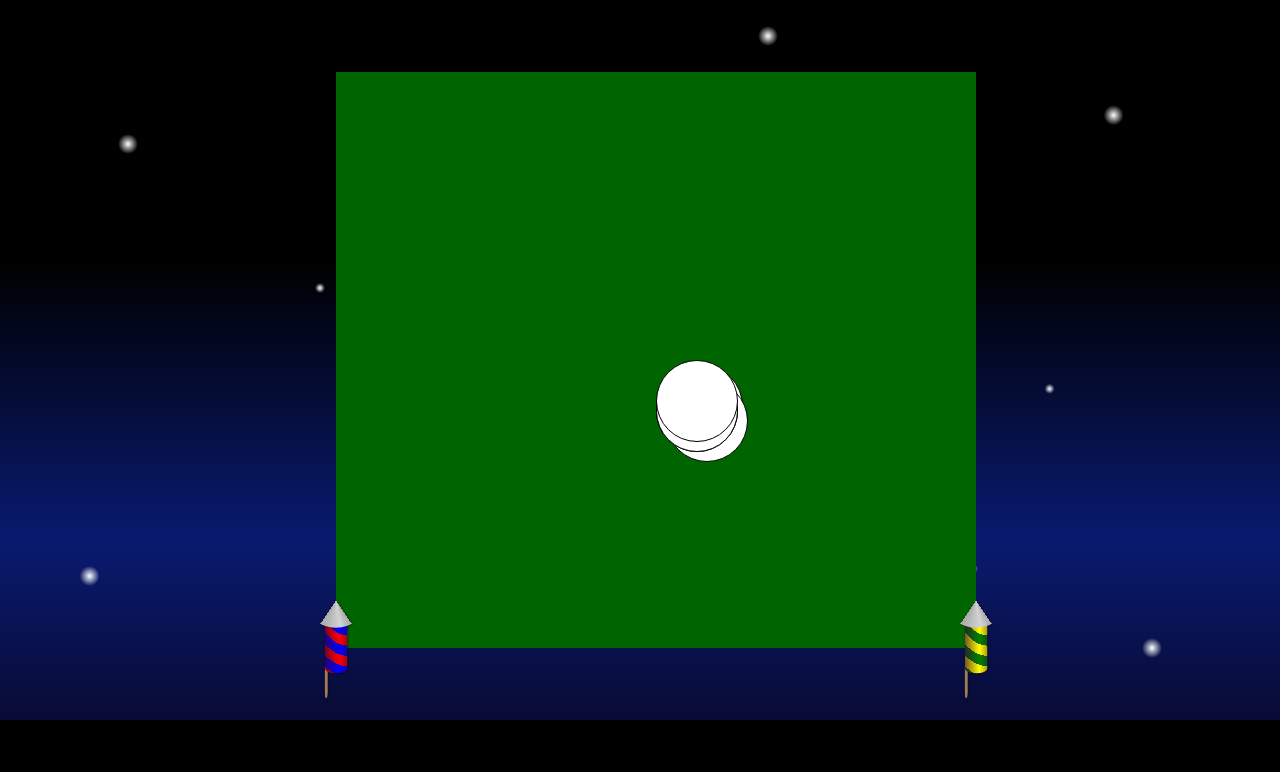
Repository: juliandecloe/CSS-To-The-Rescue---Julian-de-Cloe
Page: index.html
An editor plug-in stored every save of this project. The page is shown before and after the next save, followed by the edit.
The browser window is 1280 px wide. The pictures show the whole page.

Above is the page before, as saved 2022-03-10 17:17:53.

### index.html
<!DOCTYPE html>
<html lang="en">
	<head>
		<meta charset="UTF-8">
		<meta name="viewport" content="width=device-width, initial-scale=1.0">
		<title>The Anticlimax Fireworkshow!</title>
		<link rel="stylesheet" href="style.css">
	</head>
	<body>
		<input id="left" type="checkbox">
		<input id="middle" type="checkbox">
		<input id="right" type="checkbox">
		<main>
			<section>
				<label for="left">
					<figure></figure>
					<figure></figure>
					<figure></figure>
				</label>
				<ul>
					<li>
						<ul>
							<li></li>
							<li></li>
							<li></li>
							<li></li>
							<li></li>
						</ul>
					</li>
					<li>
						<ul>
							<li></li>
							<li></li>
							<li></li>
							<li></li>
							<li></li>
						</ul>
					</li>
					<li>
						<ul>
							<li></li>
							<li></li>
							<li></li>
							<li></li>
							<li></li>
						</ul>
					</li>
					<li>
						<ul>
							<li></li>
							<li></li>
							<li></li>
							<li></li>
							<li></li>
						</ul>
					</li>
					<li>
						<ul>
							<li></li>
							<li></li>
							<li></li>
							<li></li>
							<li></li>
						</ul>
					</li>
					<li>
						<ul>
							<li></li>
							<li></li>
							<li></li>
							<li></li>
							<li></li>
						</ul>
					</li>
					<li>
						<ul>
							<li></li>
							<li></li>
							<li></li>
							<li></li>
							<li></li>
						</ul>
					</li>
					<li>
						<ul>
							<li></li>
							<li></li>
							<li></li>
							<li></li>
							<li></li>
						</ul>
					</li>
					<li>
						<ul>
							<li></li>
							<li></li>
							<li></li>
							<li></li>
							<li></li>
						</ul>
					</li>
					<li>
						<ul>
							<li></li>
							<li></li>
							<li></li>
							<li></li>
							<li></li>
						</ul>
					</li>
					<li>
						<ul>
							<li></li>
							<li></li>
							<li></li>
							<li></li>
							<li></li>
						</ul>
					</li>
					<li>
						<ul>
							<li></li>
							<li></li>
							<li></li>
							<li></li>
							<li></li>
						</ul>
					</li>
				</ul>
			</section>
			<section>
				<label for="middle">
					<figure></figure>
					<figure></figure>
					<figure></figure>
				</label>
				<ul>
					<li>
						<ul>
							<li></li>
							<li></li>
							<li></li>
							<li></li>
							<li></li>
						</ul>
					</li>
					<li>
						<ul>
							<li></li>
							<li></li>
							<li></li>
							<li></li>
							<li></li>
						</ul>
					</li>
					<li>
						<ul>
							<li></li>
							<li></li>
							<li></li>
							<li></li>
							<li></li>
						</ul>
					</li>
					<li>
						<ul>
							<li></li>
							<li></li>
							<li></li>
							<li></li>
							<li></li>
						</ul>
					</li>
					<li>
						<ul>
							<li></li>
							<li></li>
							<li></li>
							<li></li>
							<li></li>
						</ul>
					</li>
					<li>
						<ul>
							<li></li>
							<li></li>
							<li></li>
							<li></li>
							<li></li>
						</ul>
					</li>
					<li>
						<ul>
							<li></li>
							<li></li>
							<li></li>
							<li></li>
							<li></li>
						</ul>
					</li>
					<li>
						<ul>
							<li></li>
							<li></li>
							<li></li>
							<li></li>
							<li></li>
						</ul>
					</li>
					<li>
						<ul>
							<li></li>
							<li></li>
							<li></li>
							<li></li>
							<li></li>
						</ul>
					</li>
					<li>
						<ul>
							<li></li>
							<li></li>
							<li></li>
							<li></li>
							<li></li>
						</ul>
					</li>
					<li>
						<ul>
							<li></li>
							<li></li>
							<li></li>
							<li></li>
							<li></li>
						</ul>
					</li>
					<li>
						<ul>
							<li></li>
							<li></li>
							<li></li>
							<li></li>
							<li></li>
						</ul>
					</li>
				</ul>
			</section>
			<section>
				<label for="right">
					<figure></figure>
					<figure></figure>
					<figure></figure>
				</label>
				<article>
					<ul>
						<li></li>
						<li></li>
						<li></li>
						<li></li>
						<li></li>
						<li></li>
						<li></li>
					</ul>
				</article>
			</section>
		</main>
	</body>
</html>

### style.css
/*========== GENERAL ==========*/

:root * {
	--hoekVar: calc(360deg / 12);
	--rotate: rotate(calc( var(--hoekVar) * var(--index) ));
	--hoekVar2: calc(360deg / 5);
	--rotate2: rotate(calc( var(--hoekVar2) * var(--index2) ));
	--hoekVar3: calc(360deg / 18);
	--rotate3: rotate(calc( var(--hoekVar3) * var(--index3) ));
	--star1: 5px;
	--star2: 3px;
}

@property --star1 {
	syntax: '<length>';
	inherits: false;
	initial-value: 0px;
}

@property --star2 {
	syntax: '<length>';
	inherits: false;
	initial-value: 0px;
}

* {
	padding: 0;
	margin: 0;
}

body, html {
	overflow: hidden;
}

html {
	background: linear-gradient(0deg, rgba(9,11,52,1) 0%, rgba(9,26,112,1) 25%, rgba(0,0,0,1) 64%, rgba(0,0,0,1) 100%);
}

@keyframes stars {
	0% {
		--star1: 5px;
	}
	100% {
		--star1: 10px;
	}
}

@keyframes stars2 {
	0% {
		--star2: 3px;
	}
	100% {
		--star2: 6px;
	}
}

body {
	background-position: center;
	background-image:
	radial-gradient(
		circle at
			10%
			20%,
		white,
		transparent var(--star1)
	),
	radial-gradient(
		circle at
			34%
			15%,
		white,
		transparent var(--star2)
	),
	radial-gradient(
		circle at
			50%
			60%,
		white,
		transparent var(--star2)
	),
	radial-gradient(
		circle at
			60%
			80%,
		white,
		transparent var(--star2)
	),
	radial-gradient(
		circle at
			25%
			40%,
		white,
		transparent var(--star2)
	),
	radial-gradient(
		circle at
			7%
			80%,
		white,
		transparent var(--star1)
	),
	radial-gradient(
		circle at
			87%
			16%,
		white,
		transparent var(--star1)
	),
	radial-gradient(
		circle at
			76%
			79%,
		white,
		transparent var(--star2)
	),
	radial-gradient(
		circle at
			90%
			90%,
		white,
		transparent var(--star1)
	),
	radial-gradient(
		circle at
			60%
			5%,
		white,
		transparent var(--star1)
	),
	radial-gradient(
		circle at
			72%
			32%,
		white,
		transparent var(--star2)
	),
	radial-gradient(
		circle at
			50%
			28%,
		white,
		transparent var(--star1)
	),
	radial-gradient(
		circle at
			37%
			80%,
		white,
		transparent var(--star1)
	),
	radial-gradient(
		circle at
			82%
			54%,
		white,
		transparent var(--star2)
	);
	animation:
	stars 1s linear alternate infinite,
	stars2 1.5s linear alternate infinite;
}

@media (prefers-reduced-motion) {
	body {
		animation-name: dissolve;
	}
}

main {
	display: flex;
	justify-content: center;
	align-items: end;
	width: 100vw;
	height: 100vh;
	padding-left: 1rem;
}

@media (max-width: 630px) {
	main {
		transform: scale(.5) translateY(50vh);
	}
}

section {
	display: grid;
	place-items: center;
	transition: 1s ease-out;
	width: 50vw;
}

@media (max-width: 630px) {
	section {
		width: 80vw;
	}
}

input {
	display: none;
}

/*========== FIRE ROCKET ==========*/

/*===== GENERAL =====*/

label {
	transform: scale(.3) translateY(50vh);
	z-index: 5;
	height: 350px;
	width: 120px;
	filter: drop-shadow(2px 2px 4px rgb(0,0,0,0.5));
	transition: 1s;
	cursor: pointer;
	animation: 1s
}

@media (max-width: 630px) {
	label {
		transform: scale(.5);
	}
}

section label > figure:first-child {
	border-radius: 50%;
	position: absolute;
	left: calc(50% - 55px);
	width: 110px;
	height: 130px;
	z-index: 3;
	clip-path: ellipse(90% 70% at center top);
	background-image:
		conic-gradient(
		at center top,
		transparent 146deg,
		darkgray 146deg,
		lightgray 170deg,
		darkgray 214deg,
		transparent 214deg
	);
}

section label figure:nth-child(2) {
	position: absolute;
	top: 83px;
	left: calc(50% - 37.5px);
	width: 75px;
	height: 160px;
	z-index: 2;
	background-size: 100% 100%, 600% 600%;
	background-position:left top, 40% -30%;
	border-radius: 0 0 50% 50% / 0 0 1em 1em;
}

section label > figure:nth-child(3) {
	position: absolute;
	background: #BA8C63;
	top: 220px;
	left: calc(50% - 37.5px);
	width: 10px;
	height: 110px;
	z-index: 1;
	box-shadow: inset -2px 0 8px rgb(0,0,0,0.5);
	clip-path: ellipse(10px 95px at 50% 10%);
}


/*===== COLOR ARROWS =====*/

section:first-child label figure:nth-child(2) {
	background-image:
		linear-gradient(
			to right,
			#303a 0%,
			transparent 65%,
			#3036 100%
		),
		repeating-radial-gradient(
			red 0 1em,
			blue 1em 2em
	);
}

section:nth-child(2) label figure:nth-child(2) {
	background-image:
		linear-gradient(
			to right,
			#303a 0%,
			transparent 65%,
			#3036 100%
		),
		repeating-radial-gradient(
			green 0 1em,
			yellow 1em 2em
		);
}

section:last-child label figure:nth-child(2) {
	background-image:
		linear-gradient(
			to right,
			#303a 0%,
			transparent 65%,
			#3036 100%
		),
		repeating-radial-gradient(
			pink 0 1em,
			purple 1em 2em
		);
}


/*========== FIRE WORK ==========*/

/*===== LAYER 1 =====*/

section > ul {
	list-style-type: none;
	position: absolute;
	width: 1rem;
	height: 1rem;
	display: grid;
	place-items: center;
	/* background-color: #ff4; */
}

section > ul > li {
	position: absolute;
	top: 50%;
	width: 40%;
	height: 1200%;
	transform-origin: center top;
	transform: var(--rotate);
	transition: .3s ease-out;
	transition-delay: 1s;
	display: flex;
	/* background-color: #f004; */
}

section:nth-child(2) > ul > li {
	position: absolute;
	top: 50%;
	width: 40%;
	height: 1200%;
	transform-origin: center top;
	transform: var(--rotate);
	transition: .3s ease-out;
	transition-delay: 1s;
	display: flex;
	/* background-color: #f004; */
}

section > ul > li::after {
	content: "";
	display: block;
	width: 100%;
	height: 50%;
	transition: .2s ease-out;
	transform-origin: center top;
	transform: scaleY(0);
	position: absolute;
}

/* Color */

section:first-child > ul > li::after {
	background-color: blue;
}

section:nth-child(2) > ul > li::after {
	background-color: green;
}

section:last-child > ul li::after {
	background-color: pink;
}


/*===== LAYER 2 =====*/

section > ul > li ul {
	list-style-type: none;
	position: relative;
	width: .5em;
	aspect-ratio: 1/1;
	align-self: end;
	display: grid;
	place-items: center;
	/* background-color: #f088; */
}

section:first-child > ul > li li {
	position: absolute;
	top: 50%;
	width: 25%;
	aspect-ratio: 1/8;
	background-color: #f00;
	transform-origin: center top;
	transform: var(--rotate2) scaleY(0);
	transition: .3s ease-out;
	transition-delay: 1.8s;
}

section:nth-child(2) > ul > li li {
	position: absolute;
	width: 30%;
	height: 1200%;
	background-color: yellow;
	transform-origin: center;
	transform: var(--rotate2) scaleY(1);
	transition: .5s ease-out;
	transition-delay: 1.5s;
	visibility: hidden;
}


/*========== INTERACTION ==========*/

/*===== GENERAL =====*/

section > ul > li:nth-of-type(1) { --index:1; }
section > ul > li:nth-of-type(2) { --index:2; }
section > ul > li:nth-of-type(3) { --index:3; }
section > ul > li:nth-of-type(4) { --index:4; }
section > ul > li:nth-of-type(5) { --index:5; }
section > ul > li:nth-of-type(6) { --index:6; }
section > ul > li:nth-of-type(7) { --index:7; }
section > ul > li:nth-of-type(8) { --index:8; }
section > ul > li:nth-of-type(9) { --index:9; }
section > ul > li:nth-of-type(10) { --index:10; }
section > ul > li:nth-of-type(11) { --index:11; }
section > ul > li:nth-of-type(12) { --index:12; }

ul > li li:nth-of-type(1) { --index2:1; }
ul > li li:nth-of-type(2) { --index2:2; }
ul > li li:nth-of-type(3) { --index2:3; }
ul > li li:nth-of-type(4) { --index2:4; }
ul > li li:nth-of-type(5) { --index2:5; }

/* section:last-child li:nth-of-type(1) { --index3:1; }
section:last-child li:nth-of-type(2) { --index3:2; }
section:last-child li:nth-of-type(3) { --index3:3; }
section:last-child li:nth-of-type(4) { --index3:4; }
section:last-child li:nth-of-type(5) { --index3:5; }
section:last-child li:nth-of-type(6) { --index3:6; }
section:last-child li:nth-of-type(7) { --index3:7; }
section:last-child li:nth-of-type(8) { --index3:8; }
section:last-child li:nth-of-type(9) { --index3:9; }
section:last-child li:nth-of-type(10) { --index3:10; }
section:last-child li:nth-of-type(11) { --index3:11; }
section:last-child li:nth-of-type(12) { --index3:12; }
section:last-child li:nth-of-type(13) { --index3:13; }
section:last-child li:nth-of-type(14) { --index3:14; }
section:last-child li:nth-of-type(15) { --index3:15; }
section:last-child li:nth-of-type(16) { --index3:16; }
section:last-child li:nth-of-type(17) { --index3:17; }
section:last-child li:nth-of-type(18) { --index3:18; } */

/* Rocket */

input:first-child[type="checkbox"]:checked ~ main section:first-child, input:nth-child(2)[type="checkbox"]:checked ~ main section:nth-child(2) {
	transform: translateY(-50vh);
}

@media (max-width: 630px) {
	input:first-child[type="checkbox"]:checked ~ main section:first-child, input:nth-child(2)[type="checkbox"]:checked ~ main section:nth-child(2) {
		transform: translateY(-90vh);
	}
}

input:first-child[type="checkbox"]:checked ~ main section:first-child label, input:nth-child(2)[type="checkbox"]:checked ~ main section:nth-child(2) label {
	transform: scale(.5, .3);
	animation: explode 1s 1s ease-in forwards;
}

/* Explode 1 */

input:first-child[type="checkbox"]:checked ~ main section:first-child > ul > li, input:nth-child(2)[type="checkbox"]:checked ~ main section:nth-child(2) > ul > li {
	transform: var(--rotate) translateY(2em);
}

input:first-child[type="checkbox"]:checked ~ main section:first-child > ul > li::after, input:nth-child(2)[type="checkbox"]:checked ~ main section:nth-child(2) > ul > li::after {
	animation: after .3s 1s ease-out forwards;
}


/*===== ARROW 1 =====*/

input:first-child[type="checkbox"]:checked ~ main section:first-child > ul > li li {
	animation: lili .3s 1.5s ease-out forwards;
}

/*===== ARROW 2 =====*/

input:nth-child(2)[type="checkbox"]:checked ~ main section:nth-child(2) > ul > li li {
	visibility: visible;
	transform: var(--turn) scaleY(6) translateY(2em);
	opacity: 0;
}

/*===== ARROW 3 =====*/

input:nth-child(3)[type="checkbox"]:checked ~ main section:last-child {
	transform: translateY(-50vh);
}

input:nth-child(3)[type="checkbox"]:checked ~ main article label {
	animation: huge .8s 1s ease-out forwards;
}

/*========== ANIMATIONS ==========*/

@keyframes huge {
	0% {
		transform: scaleY(0);
	}
	99% {
		transform: translateY(200%) scaleY(0);
		opacity: 0;
	}
	100% {
		transform: translateY(0) scaleY(0);
		opacity: 1;
	}
}

@keyframes explode {
	0% {
		visibility: hidden;
	}
	99% {
		visibility: hidden;
	}
	100% {
		transform: translateY(65vh) scale(.3);
		visibility: visible;
	}
}

@keyframes after {
	0% {
		transform: scaleY(0);
	}
	33% {
		transform: scaleY(1) ;
	}
	67% {
		transform: translateY(100%) scaleY(1) ;
	}
	99% {
		transform: translateY(200%) scaleY(0) ;
	}
	100% {
		transform: translateY(0) scaleY(0) ;
	}
}

@keyframes lili {
	0% {
		transform: var(--rotate2) translateY(0) scaleY(0);
	}
	50% {
		transform: var(--rotate2) translateY(0) scaleY(3);
	}
	99% {
		transform: var(--rotate2) translateY(400%) scaleY(0);
	}
	100% {
		transform: var(--rotate2) translateY(0) scaleY(0);
	}
}



/*========== CLOUDS ==========*/

section:last-child label {
	display: none;
}

section:last-child {
	position: absolute;
	top: 10vh;
	background-color: darkgreen;
	width: 50vw;
	height: 80vh;
}

article ul {
	position: relative;
	list-style-type: none;
}

article li {
	position: absolute;
	border-radius: 50%;
	background-color: white !important;
	width: 5rem;
	height: 5rem;
	border: 1px solid black;
}

article li:first-child {
	top: 5px;
	left: 5px;
}

article li:nth-child(2) {
	top: 10px;
	left: 0;
}

article li:nth-child(3) {
	top: 20px;
	left: 10px;
}

article li:nth-child(4) {
	top: 10px;
	left: 0;
}

article li:nth-child(5) {
	top: 10px;
	left: 0;
}

article li:nth-child(6) {
	top: 10px;
	left: 0;
}

After the next save:
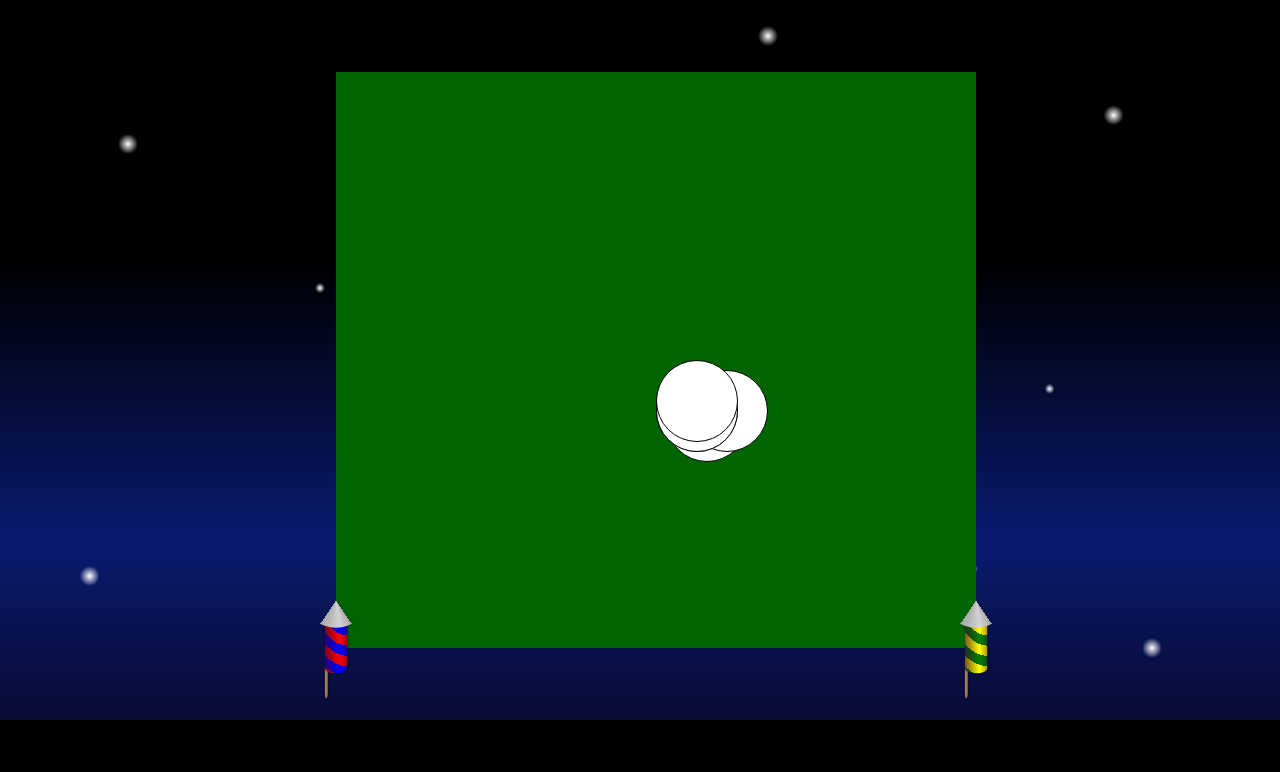
Saved 9 s later.
--- a/style.css
+++ b/style.css
@@ -615,7 +615,7 @@ article li:nth-child(3) {
 
 article li:nth-child(4) {
 	top: 10px;
-	left: 0;
+	left: 30px;
 }
 
 article li:nth-child(5) {
